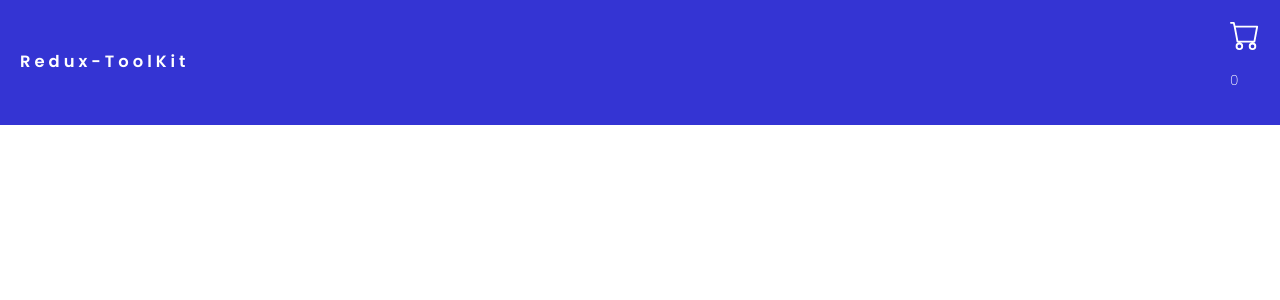
Repository: OmniaRafat232111121/shoppingCart
Page: /
The author's editor kept a copy of each file at every save. The page is drawn from the files as they stood at one save, then again after a run of saves.
The browser window is 1280 px wide. The pictures show the whole page.
The project was rebuilt for these pictures with package versions that can differ from the ones it lists, and the page was loaded fresh each time. Also part of the build but not shown: src/App.css.

Above is the page before, as saved 2023-02-07 01:51:24.

After the next 3 saves:
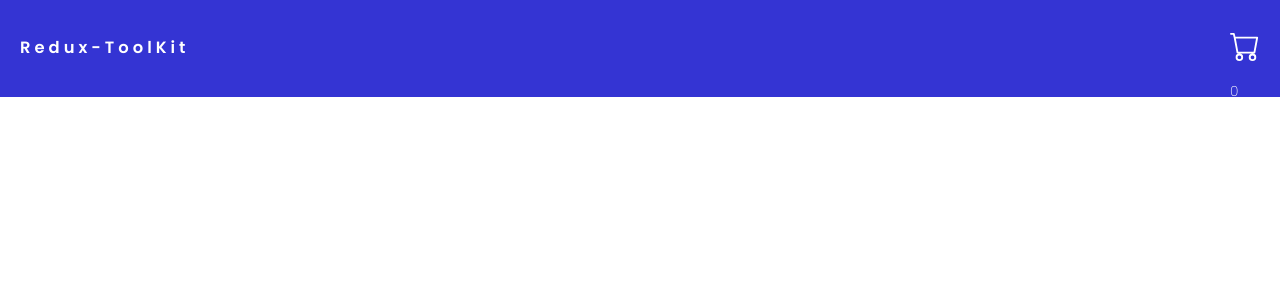
The 3 saves are shown as one change because they came seconds apart.
The last was saved 12 s later.
--- a/src/index.css
+++ b/src/index.css
@@ -28,4 +28,6 @@ nav{
 .nav-container{
   position: relative;
 }
-.am
+.amount-container{
+  position: absolute;
+}
